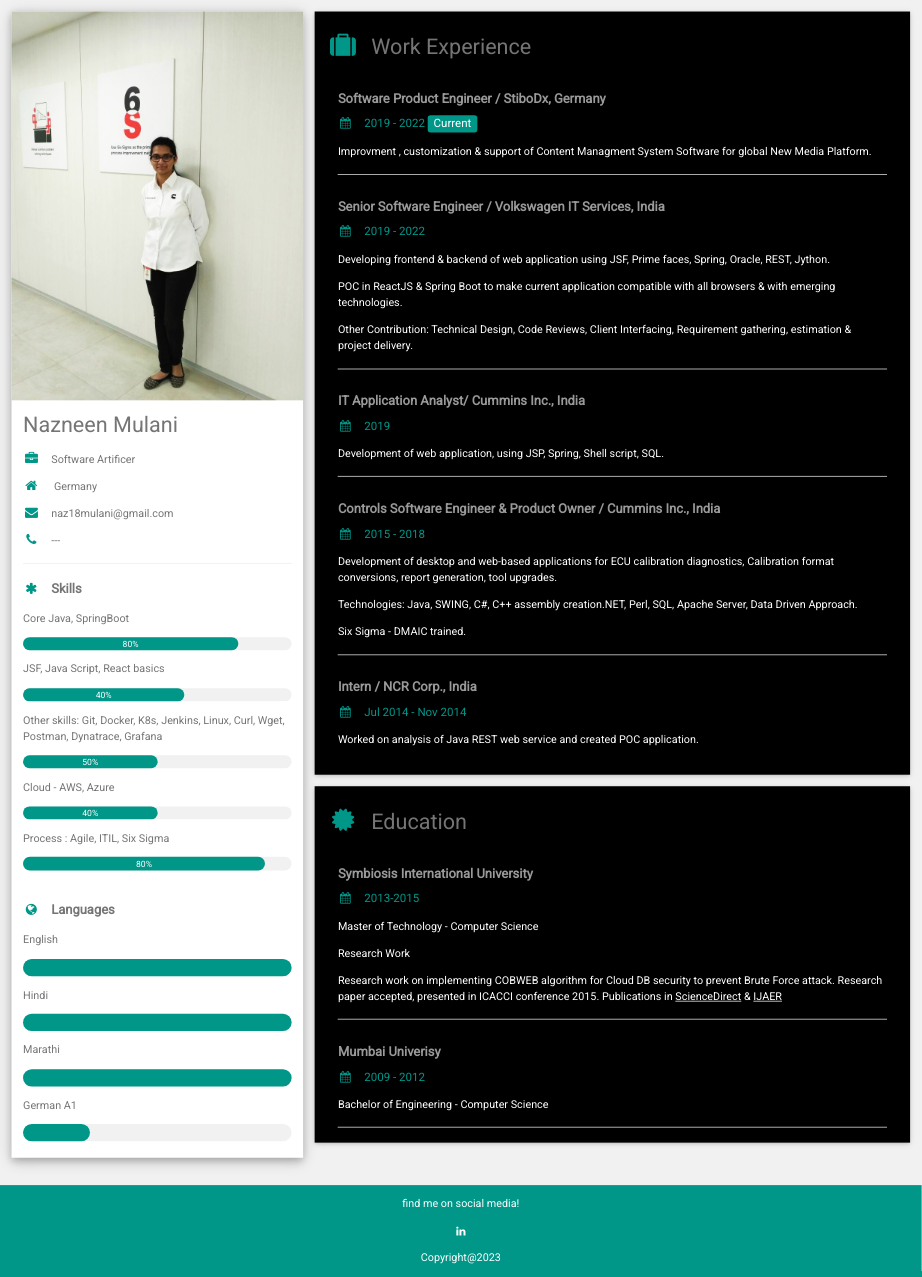
Repository: nazneenprojects/nazneen.github.io
Page: index.html
The author's editor kept a copy of each file at every save. The page is drawn from the files as they stood at one save, then again after the next save.
The browser window is 1280 px wide. The pictures show the whole page, at 72% of full size.

Above is the page before, as saved 2023-07-08 23:51:35.

### index.html
<!DOCTYPE html>
<html>
<title>Nazneen Portfolio</title>
<meta charset="UTF-8">
<meta name="viewport" content="width=device-width, initial-scale=1">
<link rel="stylesheet" href="https://www.w3schools.com/w3css/4/w3.css">
<link rel='stylesheet' href='https://fonts.googleapis.com/css?family=Roboto'>
<link rel="stylesheet" href="https://cdnjs.cloudflare.com/ajax/libs/font-awesome/4.7.0/css/font-awesome.min.css">
<style>
html,body,h1,h2,h3,h4,h5,h6 {font-family: "Roboto", sans-serif}
</style>
<body class="w3-light-grey">

<!-- Page Container -->
<div class="w3-content w3-margin-top" style="max-width:1400px;">

  <!-- The Grid -->
  <div class="w3-row-padding">

    <!-- Left Column -->
    <div class="w3-third">

      <div class="w3-white w3-text-grey w3-card-4">
        <div class="w3-display-container">
          <img src="naz.jpg" style="width:100%" alt="Avatar">
          <div class="w3-display-bottomleft w3-container w3-text-black">
          </div>
        </div>
        <div class="w3-container">
          <h2>Nazneen Mulani</h2>
          <p><i class="fa fa-briefcase fa-fw w3-margin-right w3-large w3-text-teal"></i>Software Artificer</p>
          <p><i class="fa fa-home fa-fw w3-margin-right w3-large w3-text-teal"></i> Germany </p>
          <p><i class="fa fa-envelope fa-fw w3-margin-right w3-large w3-text-teal"></i>naz18mulani@gmail.com</p>
          <p><i class="fa fa-phone fa-fw w3-margin-right w3-large w3-text-teal"></i>---</p>
          <hr>

          <p class="w3-large"><b><i class="fa fa-asterisk fa-fw w3-margin-right w3-text-teal"></i>Skills</b></p>
          <p>Core Java, SpringBoot</p>
          <div class="w3-light-grey w3-round-xlarge w3-small">
            <div class="w3-container w3-center w3-round-xlarge w3-teal" style="width:80%">80%</div>
          </div>
          <p>JSF, Java Script, React basics</p>
          <div class="w3-light-grey w3-round-xlarge w3-small">
            <div class="w3-container w3-center w3-round-xlarge w3-teal" style="width:60%">
              <div class="w3-center w3-text-white">40%</div>
            </div>
          </div>
          <p>Other skills: Git, Docker, K8s, Jenkins, Linux, Curl, Wget, Postman, Dynatrace, Grafana</p>
          <div class="w3-light-grey w3-round-xlarge w3-small">
            <div class="w3-container w3-center w3-round-xlarge w3-teal" style="width:50%">50%</div>
          </div>
          <p>Cloud - AWS, Azure</p>
          <div class="w3-light-grey w3-round-xlarge w3-small">
            <div class="w3-container w3-center w3-round-xlarge w3-teal" style="width:50%">40%</div>
          </div>
          <p>Process : Agile, ITIL, Six Sigma</p>
          <div class="w3-light-grey w3-round-xlarge w3-small">
            <div class="w3-container w3-center w3-round-xlarge w3-teal" style="width:90%">80%</div>
          </div>
          <br>

          <p class="w3-large w3-text-theme"><b><i class="fa fa-globe fa-fw w3-margin-right w3-text-teal"></i>Languages</b></p>
          <p>English</p>
          <div class="w3-light-grey w3-round-xlarge">
            <div class="w3-round-xlarge w3-teal" style="height:24px;width:100%"></div>
          </div>
          <p>Hindi</p>
          <div class="w3-light-grey w3-round-xlarge">
            <div class="w3-round-xlarge w3-teal" style="height:24px;width:100%"></div>
          </div>
          <p>Marathi</p>
          <div class="w3-light-grey w3-round-xlarge">
            <div class="w3-round-xlarge w3-teal" style="height:24px;width:100%"></div>
          </div>
          <p>German A1</p>
          <div class="w3-light-grey w3-round-xlarge">
            <div class="w3-round-xlarge w3-teal" style="height:24px;width:25%"></div>
          </div>
          <br>
        </div>
      </div><br>

    <!-- End Left Column -->
    </div>

    <!-- Right Column -->
    <div class="w3-twothird">

      <div class="w3-container w3-card w3-black w3-margin-bottom">
        <h2 class="w3-text-grey w3-padding-16"><i class="fa fa-suitcase fa-fw w3-margin-right w3-xxlarge w3-text-teal"></i>Work Experience</h2>
        <div class="w3-container">
          <h5 class="w3-opacity"><b>Software Product Engineer / StiboDx, Germany</b></h5>
          <h6 class="w3-text-teal"><i class="fa fa-calendar fa-fw w3-margin-right"></i>2019 - 2022 <span class="w3-tag w3-teal w3-round">Current</span></h6>
          <p> Improvment , customization & support of Content Managment System Software for global New Media Platform.</p>
          <hr>
        </div>
        <div class="w3-container">
          <h5 class="w3-opacity"><b>Senior Software Engineer / Volkswagen IT Services, India</b></h5>
          <h6 class="w3-text-teal"><i class="fa fa-calendar fa-fw w3-margin-right"></i>2019 - 2022</h6>
          <p>Developing frontend & backend of web application using JSF, Prime faces, Spring, Oracle, REST, Jython.</p>
          <p>POC in ReactJS & Spring Boot to make current application compatible with all browsers & with emerging technologies.</p>
          <p>Other Contribution: Technical Design, Code Reviews, Client Interfacing, Requirement gathering, estimation & project delivery.</p>
          <hr>
        </div>
        <div class="w3-container">
          <h5 class="w3-opacity"><b>IT Application Analyst/ Cummins Inc., India</b></h5>
          <h6 class="w3-text-teal"><i class="fa fa-calendar fa-fw w3-margin-right"></i>2019 </h6>
          <p>Development of web application, using JSP, Spring, Shell script, SQL.</p>
          <hr>
        </div>
        <div class="w3-container">
          <h5 class="w3-opacity"><b>Controls Software Engineer & Product Owner / Cummins Inc., India</b></h5>
          <h6 class="w3-text-teal"><i class="fa fa-calendar fa-fw w3-margin-right"></i>2015 - 2018</h6>
          <p>Development of desktop and web-based applications for ECU calibration diagnostics, Calibration format conversions, report generation, tool upgrades.</p>
          <p>Technologies: Java, SWING, C#, C++ assembly creation.NET, Perl, SQL, Apache Server, Data Driven Approach.</p>
          <p>Six Sigma - DMAIC trained.</p>
          <hr>
        </div>
        <div class="w3-container">
          <h5 class="w3-opacity"><b>Intern / NCR Corp., India</b></h5>
          <h6 class="w3-text-teal"><i class="fa fa-calendar fa-fw w3-margin-right"></i>Jul 2014 - Nov 2014</h6>
          <p>Worked on analysis of Java REST web service and created POC application. </p><br>
        </div>
      </div>

      <div class="w3-container w3-card w3-black">
        <h2 class="w3-text-grey w3-padding-16"><i class="fa fa-certificate fa-fw w3-margin-right w3-xxlarge w3-text-teal"></i>Education</h2>
        <div class="w3-container">
          <h5 class="w3-opacity"><b> Symbiosis International University</b></h5>
          <h6 class="w3-text-teal"><i class="fa fa-calendar fa-fw w3-margin-right"></i>2013-2015</h6>
          <p>Master of Technology - Computer Science</p>
          <p>Research Work</p>
          <p>
            Research work on implementing COBWEB algorithm for Cloud DB security to prevent Brute Force attack. Research paper accepted, presented in ICACCI conference 2015. Publications in

            <a href="https://www.sciencedirect.com/science/article/pii/S1877050915005359">ScienceDirect</a> &
            <a href="https://www.ripublication.com/Volume/ijaerv10n12.htm">IJAER</a>
          </p>
          <hr>
        </div>
        <div class="w3-container">
          <h5 class="w3-opacity"><b>Mumbai Univerisy</b></h5>
          <h6 class="w3-text-teal"><i class="fa fa-calendar fa-fw w3-margin-right"></i>2009 - 2012</h6>
          <p>Bachelor of Engineering - Computer Science</p>
          <hr>
        </div>
      </div>

    <!-- End Right Column -->
    </div>

  <!-- End Grid -->
  </div>

  <!-- End Page Container -->
</div>

<footer class="w3-container w3-teal w3-center w3-margin-top">

  <p>find me on social media!</p>
  <a href="https://www.linkedin.com/in/nazneen-mulani-05004012a/"> <i class="fa fa-linkedin w3-hover-opacity"></i></a>
  <p>Copyright@2023</p>
 <!--
  <i class="fa fa-facebook-official w3-hover-opacity"></i>
  <i class="fa fa-instagram w3-hover-opacity"></i>
  <i class="fa fa-snapchat w3-hover-opacity"></i>
  <i class="fa fa-pinterest-p w3-hover-opacity"></i>
  <i class="fa fa-twitter w3-hover-opacity"></i>
  <p>Powered by <a href="https://www.w3schools.com/w3css/default.asp" target="_blank">w3.css</a></p>
 -->
</footer>

</body>
</html>

After the next save:
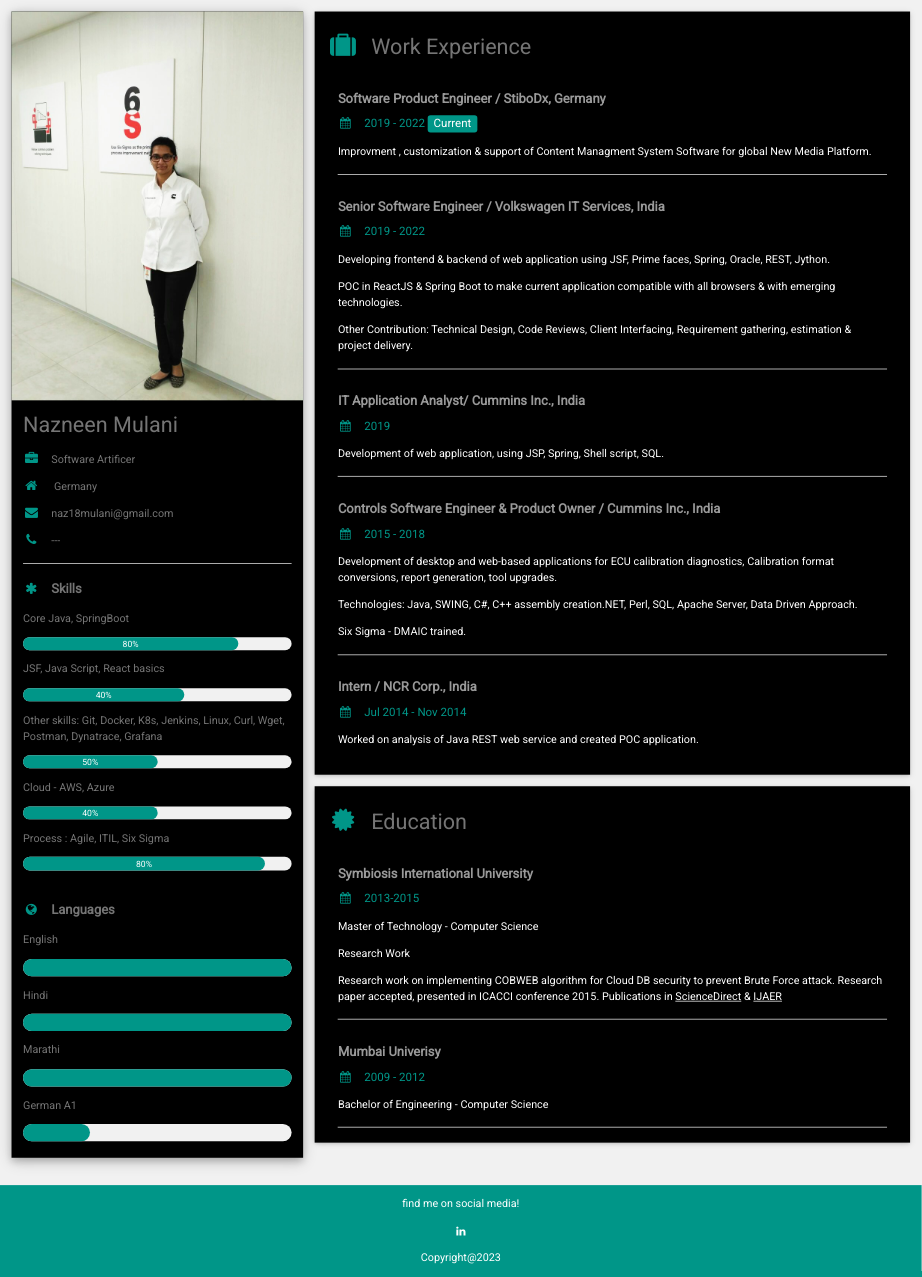
Saved 37 s later.
--- a/index.html
+++ b/index.html
@@ -20,7 +20,7 @@
     <!-- Left Column -->
     <div class="w3-third">
 
-      <div class="w3-white w3-text-grey w3-card-4">
+      <div class="w3-black w3-text-grey w3-card-4">
         <div class="w3-display-container">
           <img src="naz.jpg" style="width:100%" alt="Avatar">
           <div class="w3-display-bottomleft w3-container w3-text-black">
